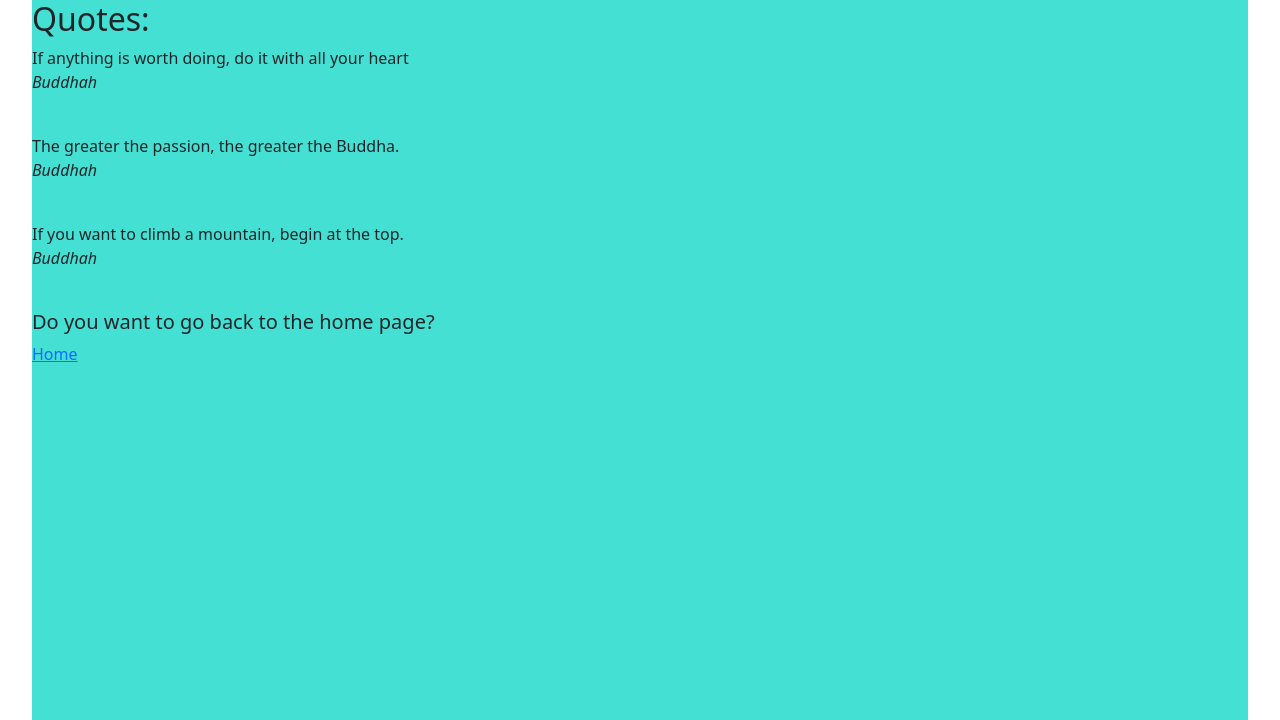
Repository: collegedude9300/zenstationnext
Page: /Quotes
These files come from the project's save history. The page is drawn as it stood at one moment and after the next save; the edit follows.
The browser window is 1280 px wide. The pictures show the whole page.
The page's requests for data from a server got no answer. The project was rebuilt for these pictures with package versions that can differ from the ones it lists, and the page was loaded fresh each time. The framework's server and built-in components were replaced by stand-ins that run in the browser. No one was signed in, and anything a server would have sent is missing. Also part of the build but not shown: next.config.js.

Above is the page before, as saved 2022-10-14 19:48:33.

### pages/Quotes.js

import Head from 'next/head'
import Image from 'next/image'
import styles from '../styles/Home.module.css'
import 'bootstrap/dist/css/bootstrap.css'
import Link from 'next/link'
export default function Quotes() {

  const getNewQuote = async () =>
  {
        //api for quotes
        var url="https://buddha-api.com/api/random";

        // fetch the data from api
        const response=await fetch(url);

console.log(typeof response);
//convert response to json and store it in quotes array
const allQuotes = await response.json();

// Generates a random number between 0 and the length of the quotes array
const indx = Math.floor(Math.random()*allQuotes.length);

//Store the quote present at the randomly generated index
const quote=allQuotes[indx].text;

//Store the author of the respective quote
const auth=allQuotes[indx].author;

if(auth==null)
{
    author = "Anonymous";
}
//function to dynamically display the quote and the author
text.innerHTML=quote;
author.innerHTML="~ "+auth;
  }
getNewQuote();


return (
    <div className={styles.container}>
      <Head>
        <title>About</title>
        <meta name="description" content="Generated by create next app" />
        <link rel="icon" href="/favicon.ico" />
      </Head>
      <main className={styles.pages}>
      <h2> Quotes: </h2>
<div/>
<blockquote>
If anything is worth doing, do it with all your heart
<footer>
<cite>Buddhah</cite>
</footer>
</blockquote>
<br/>
<blockquote>
The greater the passion, the greater the Buddha.
<footer>
<cite>Buddhah</cite>
</footer>
</blockquote>
<br/>
<blockquote>
If you want to climb a mountain, begin at the top.
<footer>
<cite>Buddhah</cite>
</footer>
</blockquote>
<br/>
<h5>Do you want to go back to the home page?</h5>
<Link href="/">
<a>Home</a>
</Link>
</main>
</div>
)}

### styles/Home.module.css
.container {
  padding: 0 2rem;
}
.pages{
  background-color: #43e0d3;
  min-height: 100vh;
}
.errorMessage {

  color: red;
  font-size: 20px ;

}
.successMessage {

  color: green;
  font-size: 30px;
  display:none;
  margin-bottom:20px;
}

.main {
  min-height: 100vh;
  padding: 4rem 0;
  flex: 1;
  display: flex;
  flex-direction: column;
  justify-content: center;
  align-items: center;
}
.aboutBio {

  margin: 0;
  line-height: 1.15;
  font-size: 4rem;
  text-align: center;
}
.footer {
  display: flex;
  flex: 1;
  padding: 2rem 0;
  border-top: 1px solid #eaeaea;
  justify-content: center;
  align-items: center;
}

.footer a {
  display: flex;
  justify-content: center;
  align-items: center;
  flex-grow: 1;
}

.title a {
  color: #0070f3;
  text-decoration: none;
}

.title a:hover,
.title a:focus,
.title a:active {
  text-decoration: underline;
}

.title {
  margin: 0;
  line-height: 1.15;
  font-size: 4rem;
}

.title,
.description {
  text-align: center;
}

.description {
  margin: 4rem 0;
  line-height: 1.5;
  font-size: 1.5rem;
}

.code {
  background: #fafafa;
  border-radius: 5px;
  padding: 0.75rem;
  font-size: 1.1rem;
  font-family: Menlo, Monaco, Lucida Console, Liberation Mono, DejaVu Sans Mono,
    Bitstream Vera Sans Mono, Courier New, monospace;
}

.grid {
  display: flex;
  align-items: center;
  justify-content: center;
  flex-wrap: wrap;
  max-width: 800px;
}

.card {
  margin: 1rem;
  padding: 1.5rem;
  text-align: left;
  color: inherit;
  text-decoration: none;
  border: 1px solid #eaeaea;
  border-radius: 10px;
  transition: color 0.15s ease, border-color 0.15s ease;
  max-width: 300px;
}

.card:hover,
.card:focus,
.card:active {
  color: #0070f3;
  border-color: #0070f3;
}

.card h2 {
  margin: 0 0 1rem 0;
  font-size: 1.5rem;
}

.card p {
  margin: 0;
  font-size: 1.25rem;
  line-height: 1.5;
}

.logo {
  height: 1em;
  margin-left: 0.5rem;
}

@media (max-width: 600px) {
  .grid {
    width: 100%;
    flex-direction: column;
  }
}

@media (prefers-color-scheme: dark) {
  .card,
  .footer {
    border-color: #222;
  }
  .code {
    background: #111;
  }
  .logo img {
    filter: invert(1);
  }
}

Loaded but not shown: pages/_app.js (common file); styles/globals.css (common file)

After the next save:
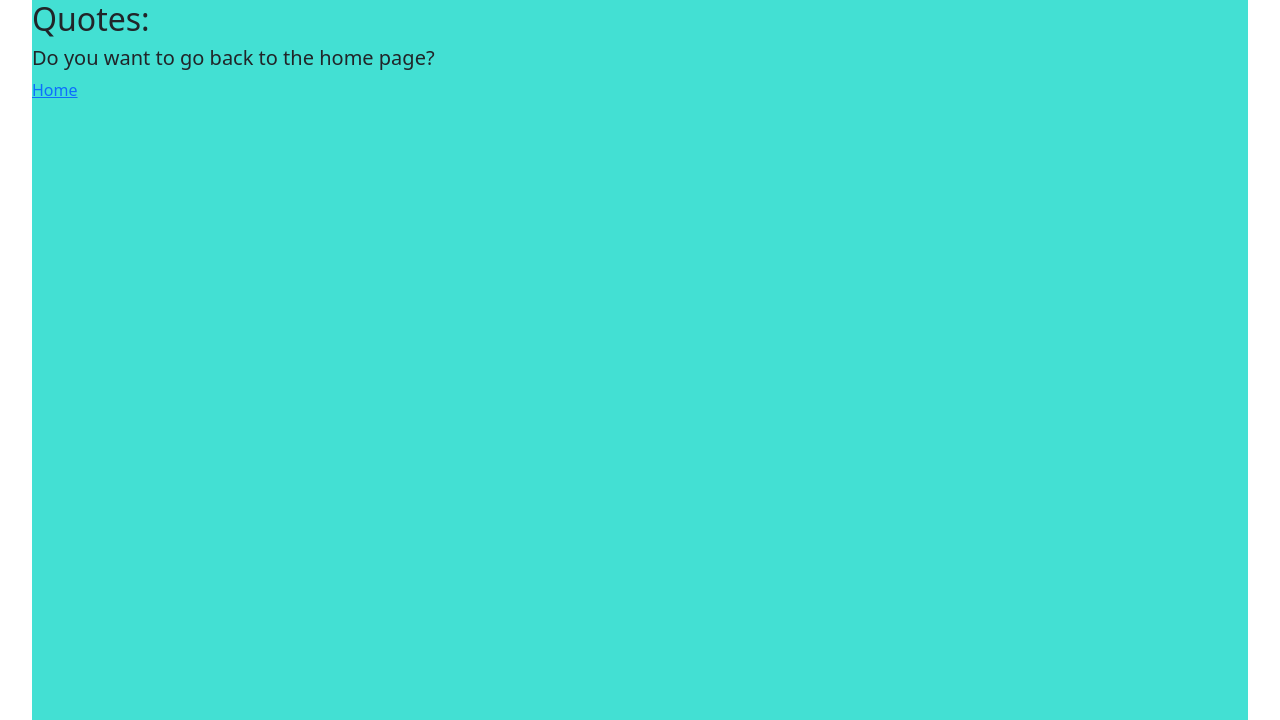
Saved 74 min 3 s later.
--- a/pages/Quotes.js
+++ b/pages/Quotes.js
@@ -48,27 +48,7 @@ return (
       <main className={styles.pages}>
       <h2> Quotes: </h2>
 <div/>
-<blockquote>
-If anything is worth doing, do it with all your heart
-<footer>
-<cite>Buddhah</cite>
-</footer>
-</blockquote>
-<br/>
-<blockquote>
-The greater the passion, the greater the Buddha.
-<footer>
-<cite>Buddhah</cite>
-</footer>
-</blockquote>
-<br/>
-<blockquote>
-If you want to climb a mountain, begin at the top.
-<footer>
-<cite>Buddhah</cite>
-</footer>
-</blockquote>
-<br/>
+
 <h5>Do you want to go back to the home page?</h5>
 <Link href="/">
 <a>Home</a>
